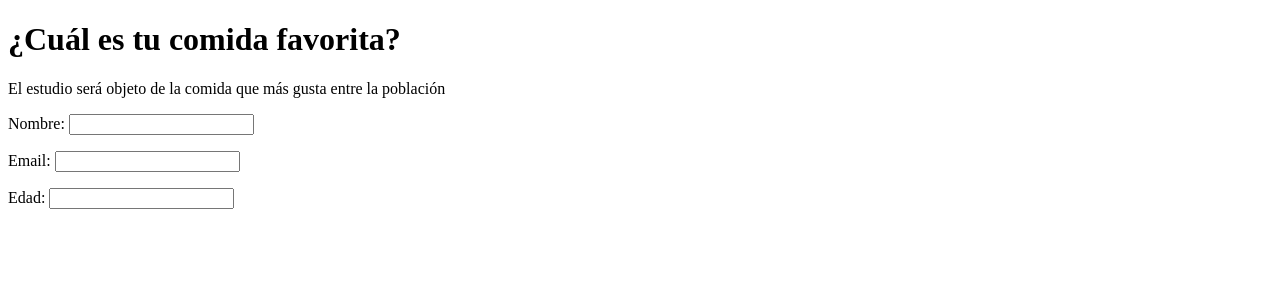
Repository: Fidesone/Form
Page: form/Index.html
These files come from the project's save history. The page is drawn as it stood at one moment and after the next save; the edit follows.
The browser window is 1280 px wide. The pictures show the whole page.

Above is the page before, as saved 2020-09-22 18:40:43.

### form/Index.html
<!DOCTYPE html>
<html>
<head>
<meta charset="ISO-8859-1">
<title>Formulario</title>
</head>
<body>
<h1 id="title">¿Cuál es tu comida favorita?</h1>
<p id="desciption">El estudio será objeto de la comida que más gusta entre la población</p>
<form id="survey-form">
	<p id="name">Nombre: <input type="text" ></p>
	<p id="email">Email: <input type="email"></p>
	<p id="number">Edad: <input type="number"></p>
</form>
</body>
</html>

After the next save:
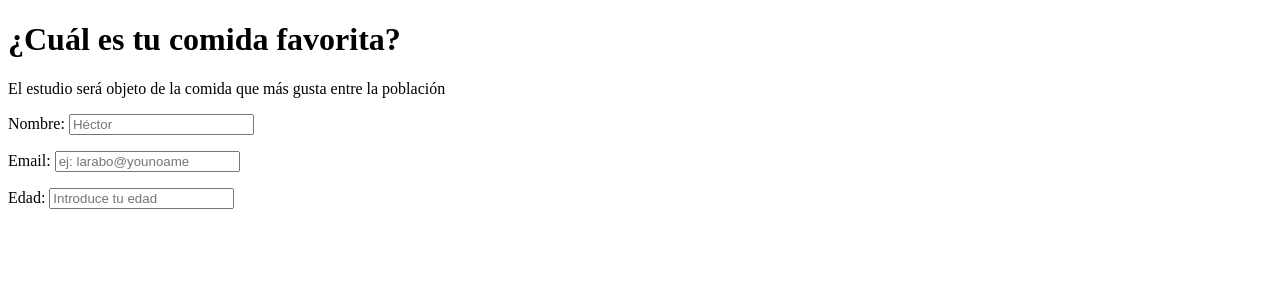
Saved 114 s later.
--- a/form/Index.html
+++ b/form/Index.html
@@ -8,9 +8,9 @@
 <h1 id="title">¿Cuál es tu comida favorita?</h1>
 <p id="desciption">El estudio será objeto de la comida que más gusta entre la población</p>
 <form id="survey-form">
-	<p id="name">Nombre: <input type="text" ></p>
-	<p id="email">Email: <input type="email"></p>
-	<p id="number">Edad: <input type="number"></p>
+	<p id="name">Nombre: <input type="text" placeholder="Héctor" ></p>
+	<p id="email">Email: <input type="email" placeholder="ej: larabo@younoame"></p>
+	<p id="number">Edad: <input type="number" placeholder="Introduce tu edad"></p>
 </form>
 </body>
 </html>
